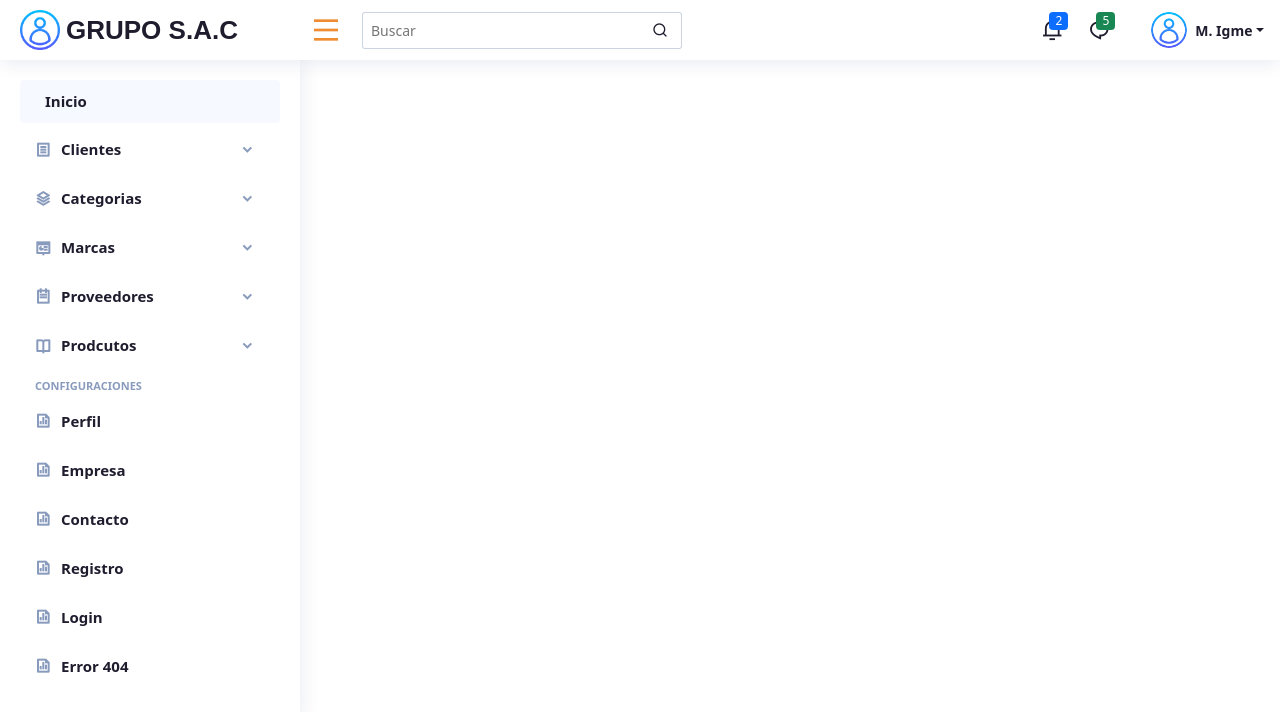
Repository: igmeMarcial/ProyectoLP-2023
Page: http://localhost/proyectoLP_2023/Main.jsp
An editor plug-in stored every save of this project. The page is shown before and after the next save, followed by the edit.
The browser window is 1280 px wide. The pictures show the whole page.
The page is served by Tomcat 9. Other server files are loaded and not shown.

Above is the page before, as saved 2023-03-18 18:29:52.

### proyectoLP_2023/WebContent/Main.jsp
<%@ page language="java" contentType="text/html; charset=ISO-8859-1"
    pageEncoding="ISO-8859-1"%>
<!DOCTYPE html PUBLIC "-//W3C//DTD HTML 4.01 Transitional//EN" "http://www.w3.org/TR/html4/loose.dtd">
<html>
<head>
	<meta charset="UTF-8">
    <meta http-equiv="X-UA-Compatible" content="IE=edge">
    <meta name="viewport" content="width=device-width, initial-scale=1.0">
	<link rel="preconnect" href="https://fonts.googleapis.com">
	<link rel="preconnect" href="https://fonts.gstatic.com" crossorigin>
	<link href="https://fonts.googleapis.com/css2?family=Roboto:wght@300;400;500;700;900&display=swap" rel="stylesheet">
	<link rel="stylesheet" type="text/css" href="./css/main.css" />
	<link href="https://cdn.jsdelivr.net/npm/bootstrap@5.0.2/dist/css/bootstrap.min.css" rel="stylesheet" integrity="sha384-EVSTQN3/azprG1Anm3QDgpJLIm9Nao0Yz1ztcQTwFspd3yD65VohhpuuCOmLASjC" crossorigin="anonymous">
	 <link href="https://cdn.jsdelivr.net/npm/remixicon@2.5.0/fonts/remixicon.css" rel="stylesheet">
	<title>Principal</title>
</head>
<body>
	 <!-- ======= Header(Cabezera) ======= -->
<header id="header" class="header fixed-top d-flex align-items-center">

    <div class="d-flex align-items-center justify-content-between">
      <a href="index.html" class="logo d-flex align-items-center text-decoration-none">
        <img src="./img/user.png" alt="">
        <span class="d-none d-lg-block">GRUPO S.A.C</span>
      </a>
      <i class="ri-menu-fill toggle-sidebar-btn"></i>
    </div>
    <!-- Fin Logo -->
		<!-- Input para Buscar jeje-->
    <div class="search-bar">
      <form class="search-form d-flex align-items-center" method="POST" action="#">
        <input type="text" name="query" placeholder="Buscar" title="Enter search keyword">
        <button type="submit" title="Buscar"><i class="ri-search-line"></i></button>
      </form>
    </div><!-- Fin Buscar  -->

    <nav class="header-nav ms-auto">
      <ul class="d-flex align-items-center">

        <li class="nav-item d-block d-lg-none">
          <a class="nav-link nav-icon search-bar-toggle p-0" href="#">
            <i class="ri-search-line"></i>
          </a>
        </li><!-- Fin Buscar Icon-->

        <li class="nav-item dropdown">

		  <a class="nav-link nav-icon p-0" href="#" data-bs-toggle="dropdown" id="noti" aria-expanded="false">
            <i class="ri-notification-3-line"></i>
            <span class="badge bg-primary badge-number">2</span>
          </a><!-- End Notification Icon -->
		   <ul class="dropdown-menu dropdown-menu-end dropdown-menu-arrow notificaciones" aria-labelledby="noti">
           	  <li><a class="dropdown-item" href="#">Action</a></li>
    		<li><a class="dropdown-item" href="#">Another action</a></li>
    		<li><a class="dropdown-item" href="#">Something else here</a></li>

          </ul><!-- Final notificación Dropdown Items -->



        </li><!-- Final Notification Nav -->

        <li class="nav-item dropdown">

          <a class="nav-link nav-icon p-0" href="#" data-bs-toggle="dropdown">
            <i class="ri-chat-1-line"></i>
            <span class="badge bg-success badge-number">5</span>
          </a><!-- Final mensajes Icon -->

          <ul class="dropdown-menu dropdown-menu-end dropdown-menu-arrow messages">
             <li><a class="dropdown-item" href="#">Action</a></li>
    		<li><a class="dropdown-item" href="#">Another action</a></li>
    		<li><a class="dropdown-item" href="#">Something else here</a></li>

          </ul><!-- Final Mensajes Dropdown Items -->

        </li><!--Final Mensajes Nav -->

        <li class="nav-item dropdown pe-3">

          <a class="nav-link nav-profile d-flex align-items-center pe-0" href="#" data-bs-toggle="dropdown">
            <img src="./img/user.png" alt="Profile" class="rounded-circle">
            <span class="d-none d-md-block dropdown-toggle ps-2">M. Igme</span>
          </a><!-- End Profile Iamge Icon -->

          <ul class="dropdown-menu dropdown-menu-end dropdown-menu-arrow profile">
            <li class="dropdown-header">
              <h6>Marcial Igme</h6>
              <span>Administrador</span>
            </li>
            <li>
              <hr class="dropdown-divider">
            </li>

            <li>
              <a class="dropdown-item d-flex align-items-center" href="users-profile.html">
                <i class="ri-settings-2-line"></i>
                <span>My Perfil</span>
              </a>
            </li>
            <li>
              <hr class="dropdown-divider">
            </li>

            <li>
              <a class="dropdown-item d-flex align-items-center" href="users-profile.html">
                <i class="ri-settings-2-line"></i>
                <span>Configuración</span>
              </a>
            </li>
            <li>
              <hr class="dropdown-divider">
            </li>

            <li>
              <a class="dropdown-item d-flex align-items-center" href="pages-faq.html">
                <i class="ri-settings-2-line"></i>
                <span>Ayuda?</span>
              </a>
            </li>
            <li>
              <hr class="dropdown-divider">
            </li>

            <li>
              <a class="dropdown-item d-flex align-items-center" href="#">
                <i class="ri-settings-2-line"></i>
                <span>Salir</span>
              </a>
            </li>

          </ul><!-- Final Perfil Dropdown Items -->
        </li><!--Final Profile Nav -->

      </ul>
    </nav><!-- Final Icons Navigation -->

</header>
<!-- Final Header -->
<aside id="sidebar" class="sidebar">

    <ul class="sidebar-nav" id="sidebar-nav">

      <li class="nav-item">
        <a class="nav-link " href="index.html">
          <i class="bi bi-grid"></i>
          <span>Inicio</span>
        </a>
      </li><!-- final Dashboard Nav -->

      <li class="nav-item">
        <a class="nav-link collapsed" data-bs-target="#components-nav" data-bs-toggle="collapse" href="#">
          <i class="ri-file-list-line"></i><span>Clientes</span><i class="ri-arrow-down-s-line ms-auto"></i>


        </a>
        <ul id="components-nav" class="nav-content collapse " data-bs-parent="#sidebar-nav">
          <li>
            <a href="components-alerts.html">
              <i class="ri-group-fill"></i><span>Listado Clientes</span>
            </a>
          </li>
          <li>
            <a href="components-accordion.html">
              <i class="ri-group-fill"></i><span>Agregar Nuevo Cliente</span>
            </a>
          </li>
          <li>
            <a href="components-badges.html">
             	<i class="ri-group-fill"></i><span>Buscar Cliente</span>
            </a>
          </li>
          <li>
            <a href="components-breadcrumbs.html">
              <i class="ri-group-fill"></i><span>ActualizarClientes</span>
            </a>
          </li>
        </ul>
      </li><!-- Final componentes Nav -->

      <li class="nav-item">
        <a class="nav-link collapsed" data-bs-target="#forms-nav" data-bs-toggle="collapse" href="#">
          <i class="ri-stack-line"></i><span>Categorias</span><i class="ri-arrow-down-s-line ms-auto"></i>
        </a>
        <ul id="forms-nav" class="nav-content collapse " data-bs-parent="#sidebar-nav">
          <li>
            <a href="forms-elements.html">
              <i class="bi bi-circle"></i><span>Agregar Categoria</span>
            </a>
          </li>
          <li>
            <a href="forms-layouts.html">
              <i class="bi bi-circle"></i><span>Actualizar Categoria</span>
            </a>
          </li>
          <li>
            <a href="forms-editors.html">
              <i class="bi bi-circle"></i><span>Listar Categoria</span>
            </a>
          </li>
        </ul>
      </li><!-- Final Formulario Nav -->

      <li class="nav-item">
        <a class="nav-link collapsed" data-bs-target="#tables-nav" data-bs-toggle="collapse" href="#">
          <i class="ri-slideshow-line"></i><span>Marcas</span><i class="ri-arrow-down-s-line ms-auto"></i>
        </a>
        <ul id="tables-nav" class="nav-content collapse " data-bs-parent="#sidebar-nav">
          <li>
            <a href="#">
              <i class="bi bi-circle"></i><span>Agregar Marca</span>
            </a>
          </li>
          <li>
            <a href="#">
              <i class="bi bi-circle"></i><span>Actualizar Marca</span>
            </a>
          </li>
           <li>
            <a href="#">
              <i class="bi bi-circle"></i><span>Listar Marca</span>
            </a>
          </li>
        </ul>
      </li><!-- End Tables Nav -->

      <li class="nav-item">
        <a class="nav-link collapsed" data-bs-target="#charts-nav" data-bs-toggle="collapse" href="#">
          <i class="ri-todo-line"></i><span>Proveedores</span><i class="ri-arrow-down-s-line ms-auto"></i>
        </a>
        <ul id="charts-nav" class="nav-content collapse " data-bs-parent="#sidebar-nav">
          <li>
            <a href="#">
              <i class="bi bi-circle"></i><span>Agregar Proveedor</span>
            </a>
          </li>
          <li>
            <a href="#">
              <i class="bi bi-circle"></i><span>Actuzalir Porveedor</span>
            </a>
          </li>
          <li>
            <a href="#">
              <i class="bi bi-circle"></i><span>Listar Proveedor</span>
            </a>
          </li>
        </ul>
      </li><!-- End Charts Nav -->

      <li class="nav-item">
        <a class="nav-link collapsed" data-bs-target="#icons-nav" data-bs-toggle="collapse" href="#">
          <i class="ri-book-open-line"></i><span>Prodcutos</span><i class="ri-arrow-down-s-line ms-auto"></i>
        </a>
        <ul id="icons-nav" class="nav-content collapse " data-bs-parent="#sidebar-nav">
          <li>
            <a href="icons-bootstrap.html">
              <i class="bi bi-circle"></i><span>Agreagr Producto</span>
            </a>
          </li>
          <li>
            <a href="icons-remix.html">
              <i class="bi bi-circle"></i><span>Actualizar Producto</span>
            </a>
          </li>
          <li>
            <a href="icons-boxicons.html">
              <i class="bi bi-circle"></i><span>Buscar Prodcuto</span>
            </a>
          </li>
        </ul>
      </li><!-- Final iconos Nav -->

      <li class="nav-heading">Configuraciones</li>

      <li class="nav-item">
        <a class="nav-link collapsed" href="#">
          <i class="ri-file-chart-line"></i>
          <span>Perfil</span>
        </a>
      </li><!-- Final Profile Page Nav -->

      <li class="nav-item">
        <a class="nav-link collapsed" href="#">
          <i class="ri-file-chart-line"></i>
          <span>Empresa</span>
        </a>
      </li><!-- End F.A.Q Page Nav -->

      <li class="nav-item">
        <a class="nav-link collapsed" href="#">
          <i class="ri-file-chart-line"></i>
          <span>Contacto</span>
        </a>
      </li><!-- Final Contact Page Nav -->

      <li class="nav-item">
        <a class="nav-link collapsed" href="#">
          <i class="ri-file-chart-line"></i>
          <span>Registro</span>
        </a>
      </li><!-- Final Registro Page Nav -->

      <li class="nav-item">
        <a class="nav-link collapsed" href="#">
          <i class="ri-file-chart-line"></i>
          <span>Login</span>
        </a>
      </li><!-- Final Login Page Nav -->

      <li class="nav-item">
        <a class="nav-link collapsed" href="#">
         <i class="ri-file-chart-line"></i>
          <span>Error 404</span>
        </a>
      </li>
    </ul>

</aside><!-- Final Sidebar-->
   <!-- ======= Contenido principal======= -->
<main id="main" class="main">


</main>
   <!-- ======= Footer ======= -->
  <!--
<footer id="footer" class="footer">
    <div class="copyright">
      &copy; Copyright <strong><span>Igme</span></strong>. Todos los derechos reservados
    </div>
    <div class="credits">

    </div>
</footer>-->
<!-- End Footer -->

<a href="#" class="back-to-top d-flex align-items-center justify-content-center"><i class="bi bi-arrow-up-short"></i></a>
   <!-- Sistema JS Files -->

  <script src="https://cdn.jsdelivr.net/npm/bootstrap@5.0.2/dist/js/bootstrap.bundle.min.js" integrity="sha384-MrcW6ZMFYlzcLA8Nl+NtUVF0sA7MsXsP1UyJoMp4YLEuNSfAP+JcXn/tWtIaxVXM" crossorigin="anonymous"></script>


  <script src="./script/main.js" type="text/javascript"></script>
</body>
</html>

Loaded but not shown: proyectoLP_2023/WebContent/img/logo-somosngr.svg (22 lines, source omitted); proyectoLP_2023/WebContent/script/main.js (27 lines, source omitted); proyectoLP_2023/WebContent/css/main.css (1076 lines, source omitted)

After the next save:
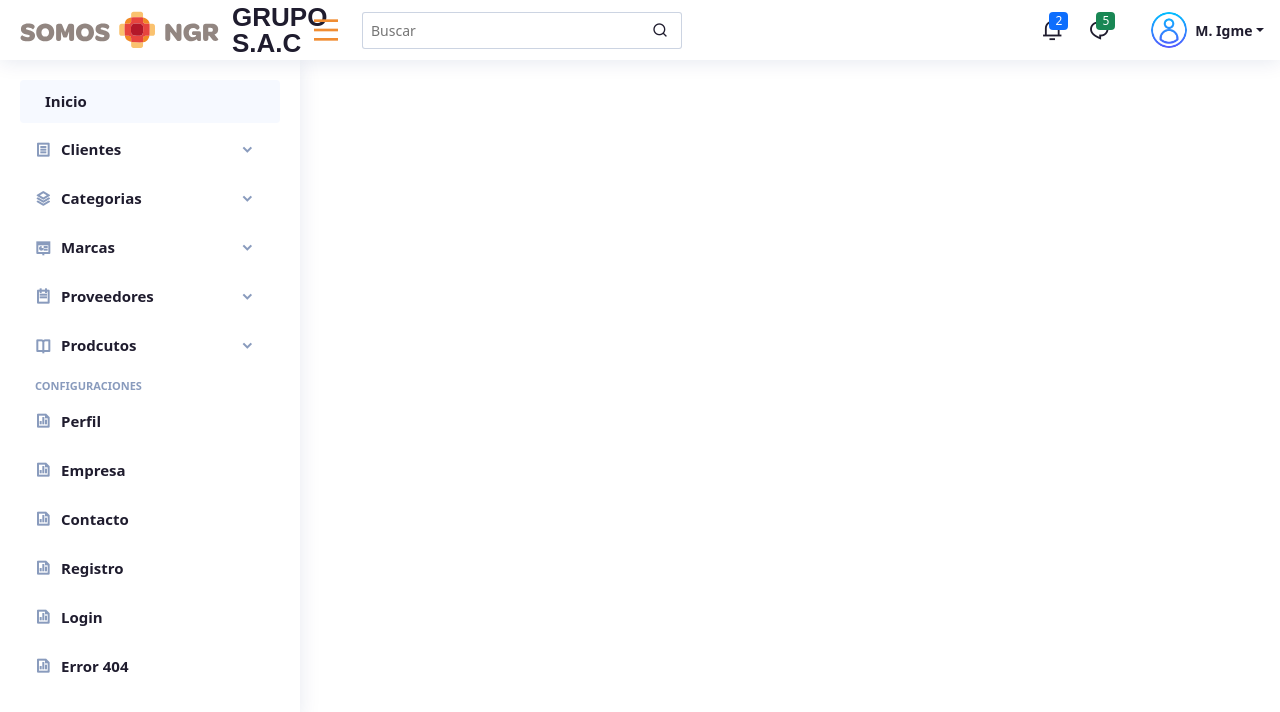
Saved 2 min 24 s later.
--- a/proyectoLP_2023/WebContent/Main.jsp
+++ b/proyectoLP_2023/WebContent/Main.jsp
@@ -20,7 +20,7 @@
 
     <div class="d-flex align-items-center justify-content-between">
       <a href="index.html" class="logo d-flex align-items-center text-decoration-none">
-        <img src="./img/user.png" alt="">
+        <img src="./img/logo-somosngr.svg" alt="">
         <span class="d-none d-lg-block">GRUPO S.A.C</span>
       </a>
       <i class="ri-menu-fill toggle-sidebar-btn"></i>
